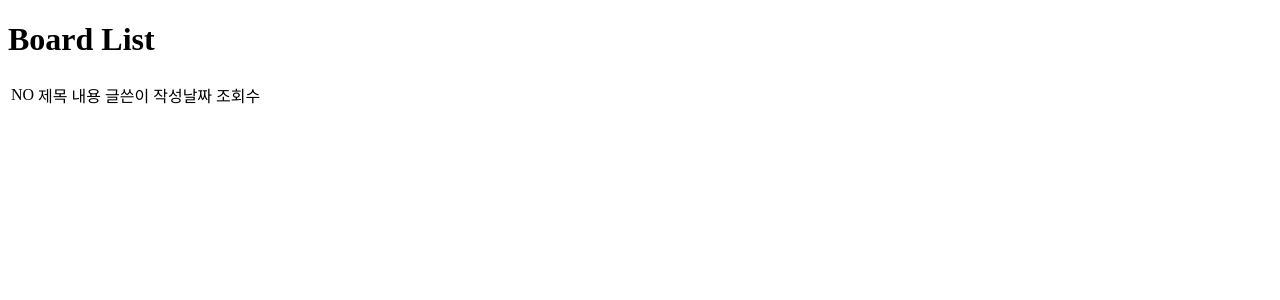
Repository: ByeonYJ/CSSTest
Page: GMSUI/WebContent/board/board_list.html
The author's editor kept a copy of each file at every save. The page is drawn from the files as they stood at one save, then again after the next save.
The browser window is 1280 px wide. The pictures show the whole page.

Above is the page before, as saved 2017-07-19 06:58:53.

After the next save:
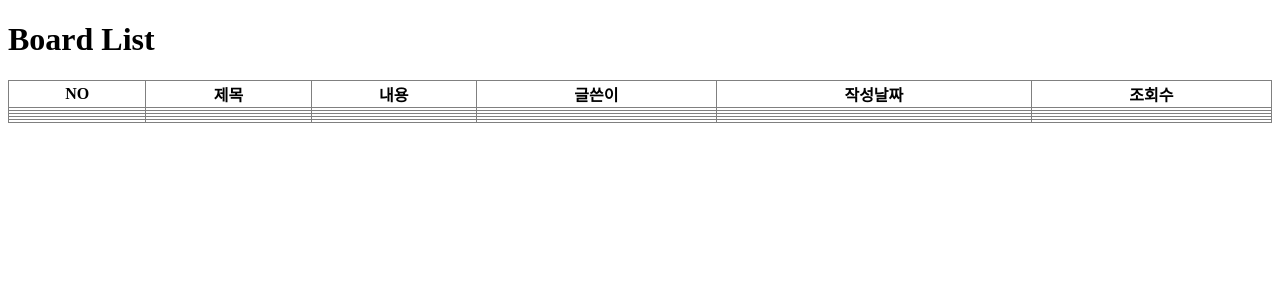
Saved 3 min 8 s later.
--- a/GMSUI/WebContent/board/board_list.html
+++ b/GMSUI/WebContent/board/board_list.html
@@ -7,14 +7,14 @@
 <body>
 <h1 style="text-align: conter;">Board List</h1>
 </hr>
-	<table>
-		<tr>
-			<td>NO</td>
-			<td>제목</td>
-			<td>내용</td>
-			<td>글쓴이</td>
-			<td>작성날짜</td>
-			<td>조회수</td>
+	<table border=1 style="border-collapse: collapse; width: 100%">
+		<tr style="height: 25px;">
+			<th style="width: 5%, text-align: center;">NO</th>
+			<th style="width: 20%, text-align: center;">제목</th>
+			<th style="width: 36%, text-align: center;">내용</th>
+			<th style="width: 15%, text-align: center;">글쓴이</th>
+			<th style="width: 15%, text-align: center;">작성날짜</th>
+			<th style="width: 9%, text-align: center;">조회수</th>
 		</tr>
 		<tr>
 			<td></td>
